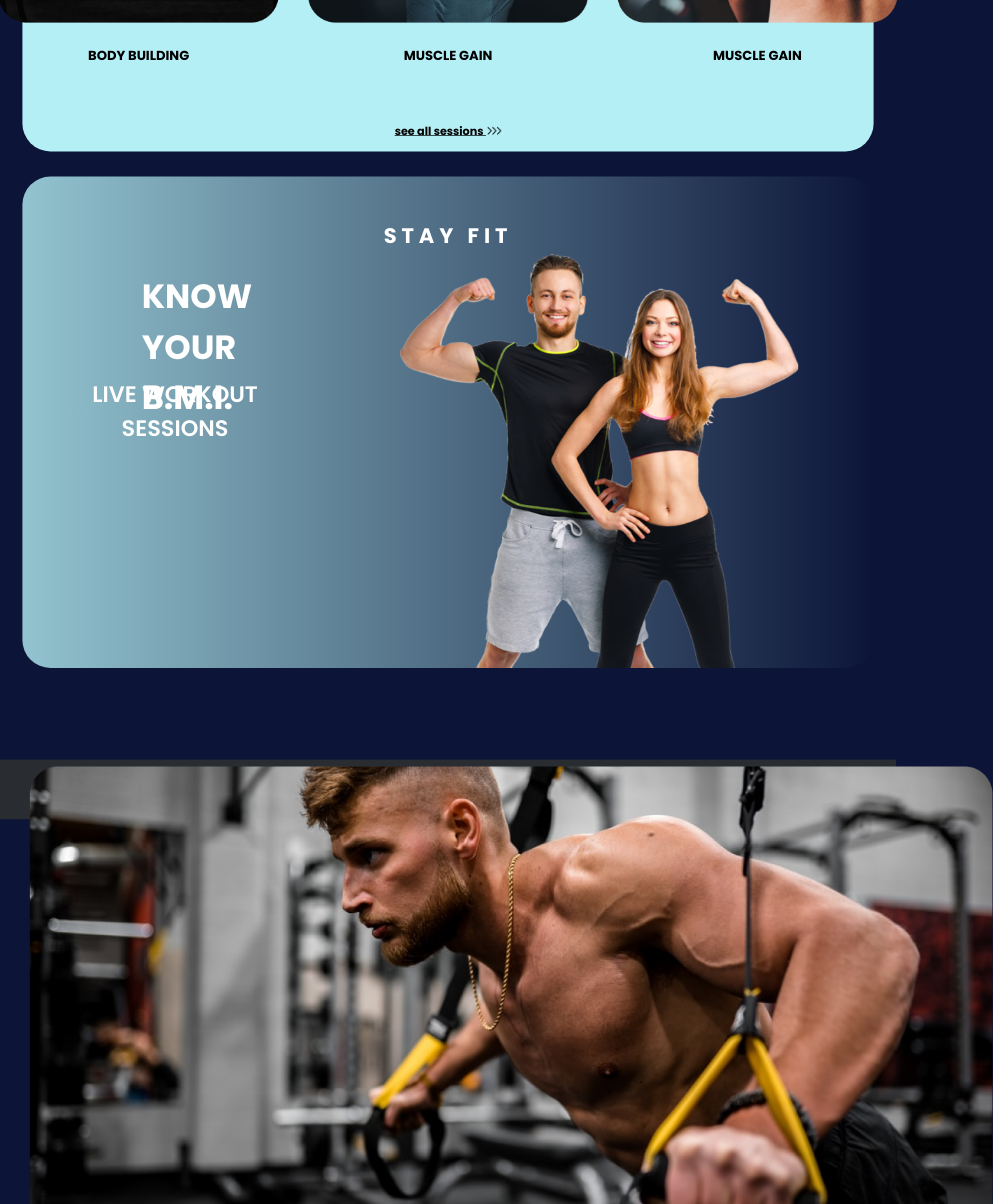
Repository: Rellzcodez/Group1-Team8
Page: index.html
The author's editor kept a copy of each file at every save. The page is drawn from the files as they stood at one save, then again after a run of saves.
The browser window is 1280 px wide. The page is 1418 px wide, so the pictures cover 1418 px, including what lies to the right of the window. The pictures show the part of the page from y = 1586 to 3306 px (the page is 3382 px tall), at 70% of full size.

Above is the page before, as saved 2022-09-02 10:41:54.

After the next 2 saves:
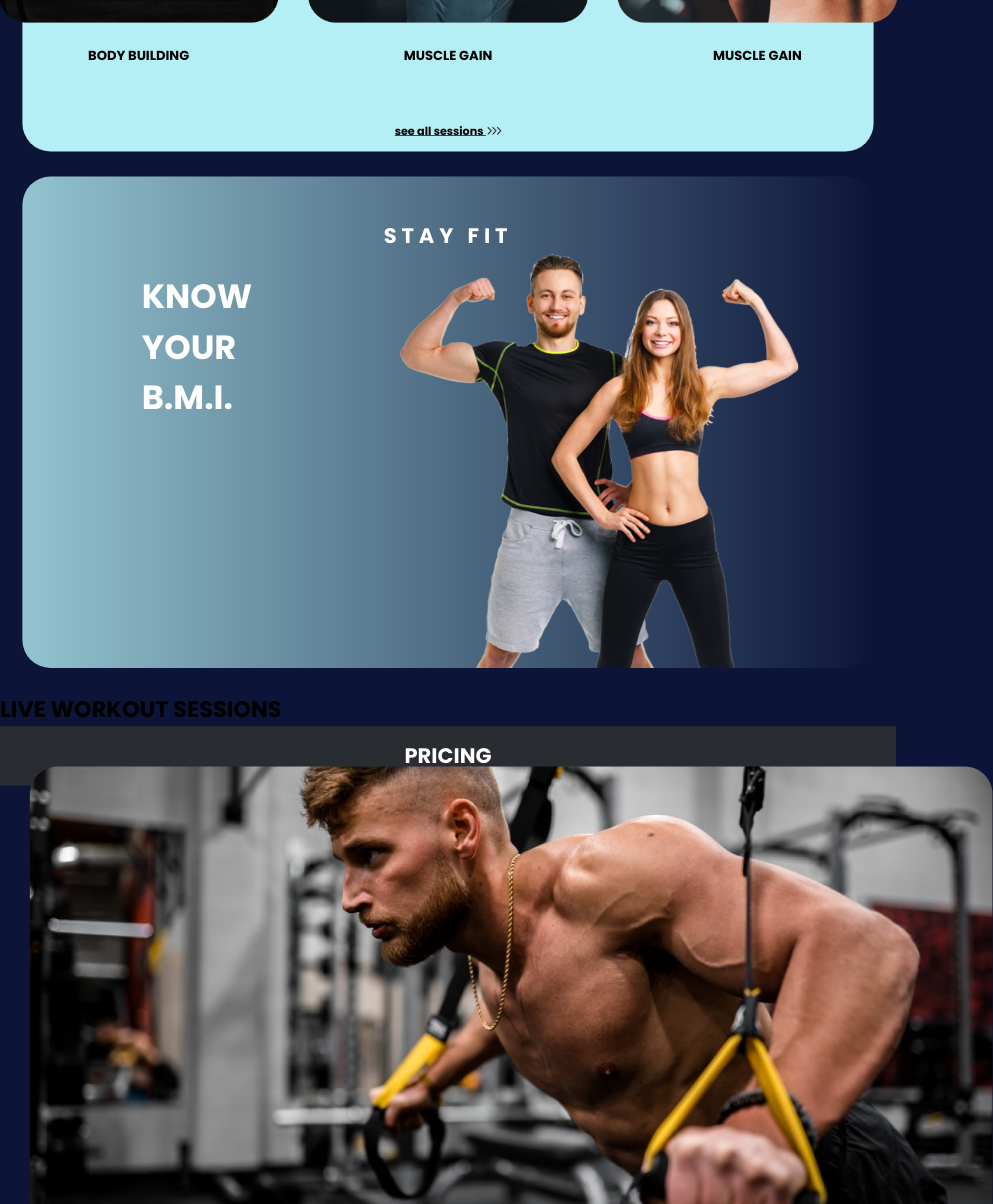
The 2 saves are shown as one change because they came seconds apart.
The last was saved 5 min 53 s later.
--- a/index.html
+++ b/index.html
@@ -121,7 +121,7 @@
     <img src="images/live-session-workout.png" alt="live workout" >
 </div>
     <div>
-    <h1 class="live">LIVE WORKOUT SESSIONS</h1>
+    <h1>LIVE WORKOUT SESSIONS</h1>
 </div>
 
 

After the 6 saves that followed:
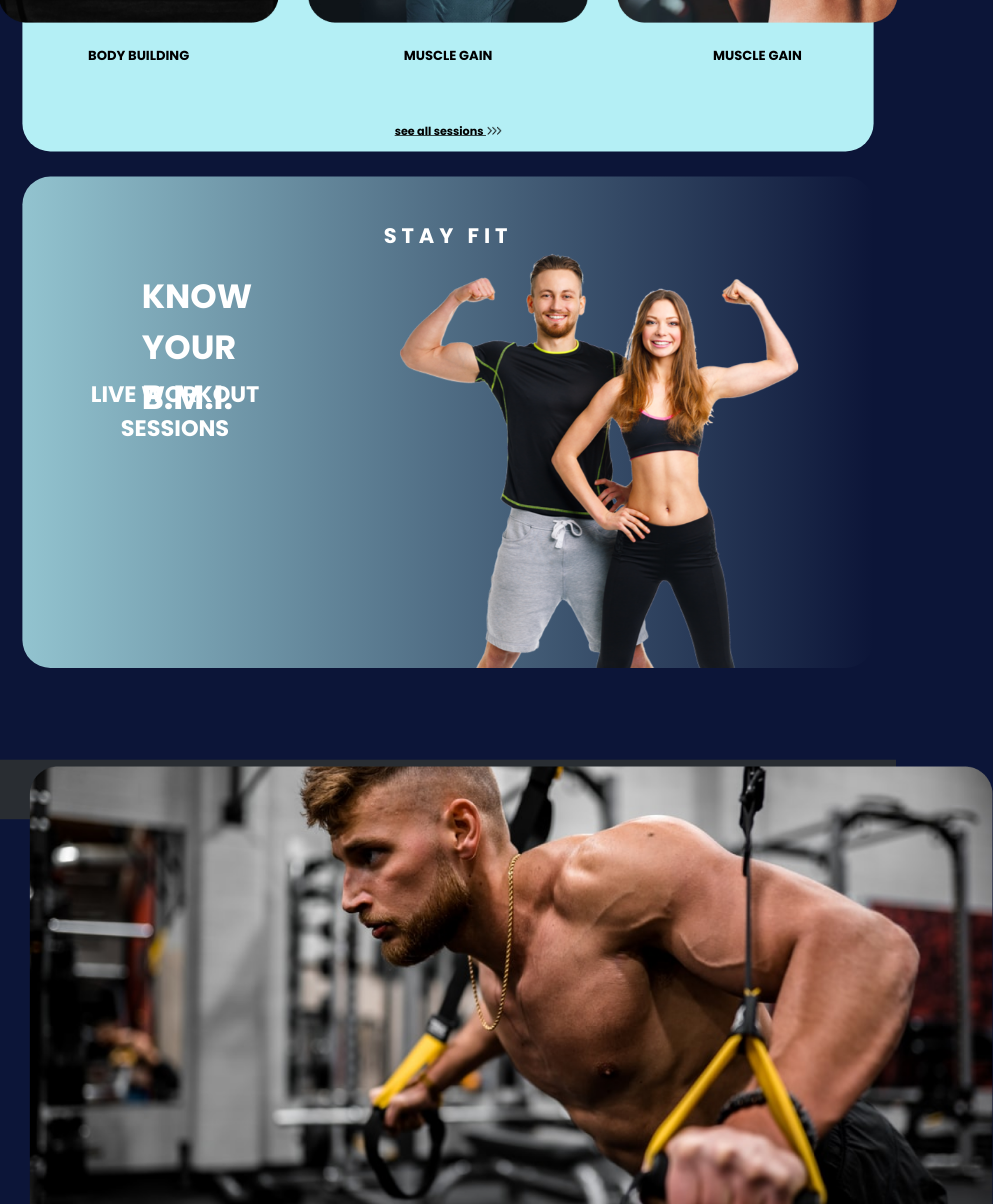
The 6 saves are shown as one change because 2 left the picture as it was and some came seconds apart.
The last was saved 53 s later.
--- a/index.html
+++ b/index.html
@@ -120,8 +120,8 @@
 <div class="live-workout">
     <img src="images/live-session-workout.png" alt="live workout" >
 </div>
-    <div>
-    <h1>LIVE WORKOUT SESSIONS</h1>
+    <div class="live">
+    <h1> LIVE WORKOUT SESSIONS </h1>
 </div>
 
 
